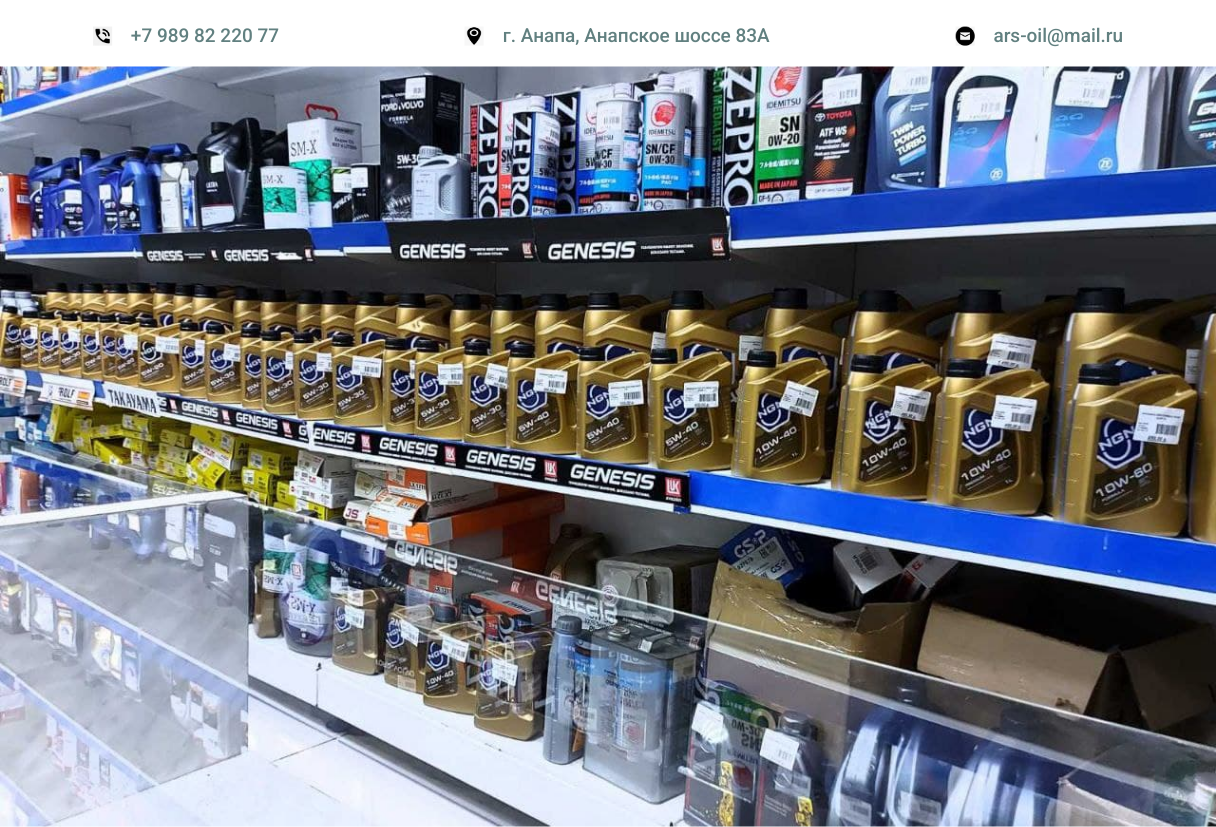
Repository: Vahe4836/new-project--Vahe
Page: /
An editor plug-in stored every save of this project. The page is shown before and after a run of saves, followed by the edit.
The browser window is 1280 px wide. The pictures show the whole page, at 95% of full size.
The project was rebuilt for these pictures with package versions that can differ from the ones it lists, and the page was loaded fresh each time.

Above is the page before, as saved 2022-02-25 15:08:17.

### public/index.html
<!DOCTYPE html>
<html lang="en">
  <head>
    <meta charset="utf-8" />
    <link rel="icon" href="%PUBLIC_URL%/favicon.ico" />
    <meta name="viewport" content="width=device-width, initial-scale=1" />
    <meta name="theme-color" content="#000000" />
    <meta
      name="description"
      content="Web site created using create-react-app"
    />
    <link rel="apple-touch-icon" href="%PUBLIC_URL%/logo192.png" />
    <!--
      manifest.json provides metadata used when your web app is installed on a
      user's mobile device or desktop. See https://developers.google.com/web/fundamentals/web-app-manifest/
    -->
    <link rel="manifest" href="%PUBLIC_URL%/manifest.json" />
    <!--
      Notice the use of %PUBLIC_URL% in the tags above.
      It will be replaced with the URL of the `public` folder during the build.
      Only files inside the `public` folder can be referenced from the HTML.

      Unlike "/favicon.ico" or "favicon.ico", "%PUBLIC_URL%/favicon.ico" will
      work correctly both with client-side routing and a non-root public URL.
      Learn how to configure a non-root public URL by running `npm run build`.
    -->
    <title>Золотая колесница</title>
  </head>
  <body>
    <noscript>You need to enable JavaScript to run this app.</noscript>
    <div id="root"></div>
    <!--
      This HTML file is a template.
      If you open it directly in the browser, you will see an empty page.

      You can add webfonts, meta tags, or analytics to this file.
      The build step will place the bundled scripts into the <body> tag.

      To begin the development, run `npm start` or `yarn start`.
      To create a production bundle, use `npm run build` or `yarn build`.
    -->
  </body>
</html>

### src/App.js
import React from 'react';
import './App.css';
import Header from './Layouts/Header/Header';

function App() {
  return (
    <Header />
  )

}

export default App;

### src/Layouts/Header/Header.jsx
import React from "react";
import style from "./Header.module.scss";
import geo from "../../Images/Geo.png";
import mail from "../../Images/mail.jpg";
import tel from "../../Images/Tel.png";
import logo from "../../Images/logo.png";

export default function Header() {
  return (
    <>
      <div className={style.adressbox}>
        <ul>
          <li>
            {" "}
            <img src={tel} width={20} height={20} alt="" />{" "}
            <p>+7 989 82 220 77</p>{" "}
          </li>
          <li>
            {" "}
            <img src={geo} width={20} height={20} alt="" />{" "}
            <p>г. Анапа, Анапское шоссе 83А</p>{" "}
          </li>
          <li>
            {" "}
            <img src={mail} width={20} height={20} alt="" />{" "}
            <p>ars-oil@mail.ru</p>{" "}
          </li>
        </ul>
      </div>
      <div className={style.Main}>

      </div>
    </>
  );
}

### src/Layouts/Header/Header.module.scss
@import url('https://fonts.googleapis.com/css2?family=Roboto:wght@400;500&display=swap');

$ffamily:  'Roboto', sans-serif;

*{
    font-family: $ffamily;
}
.Main{
    width: 100%;
    min-height: 800px;
    background-image: url("../../Images/background.jpg");
    background-position: center;
    background-repeat: no-repeat;
    background-size: cover;

}
.adressbox{
    width: 100%;
    height: 70px;


    >ul{
        display: flex;
        justify-content: space-around;
        padding-top: 25px;
        >li{
            list-style: none;
            display: flex;

            >img{
                margin-top: 3px;
            }

            >p{
                margin-left: 20px;
                color: rgb(97, 128, 128);
                font-size: 20px;
                font-weight: 500;

            }
        }
    }
}

.logo{
    display: flex;
    justify-content: center;
    opacity: 0.9 !important;
}

Loaded but not shown: src/index.js (common file); src/index.css (common file); src/reportWebVitals.js (common file); src/App.css (common file)

After the next 2 saves:
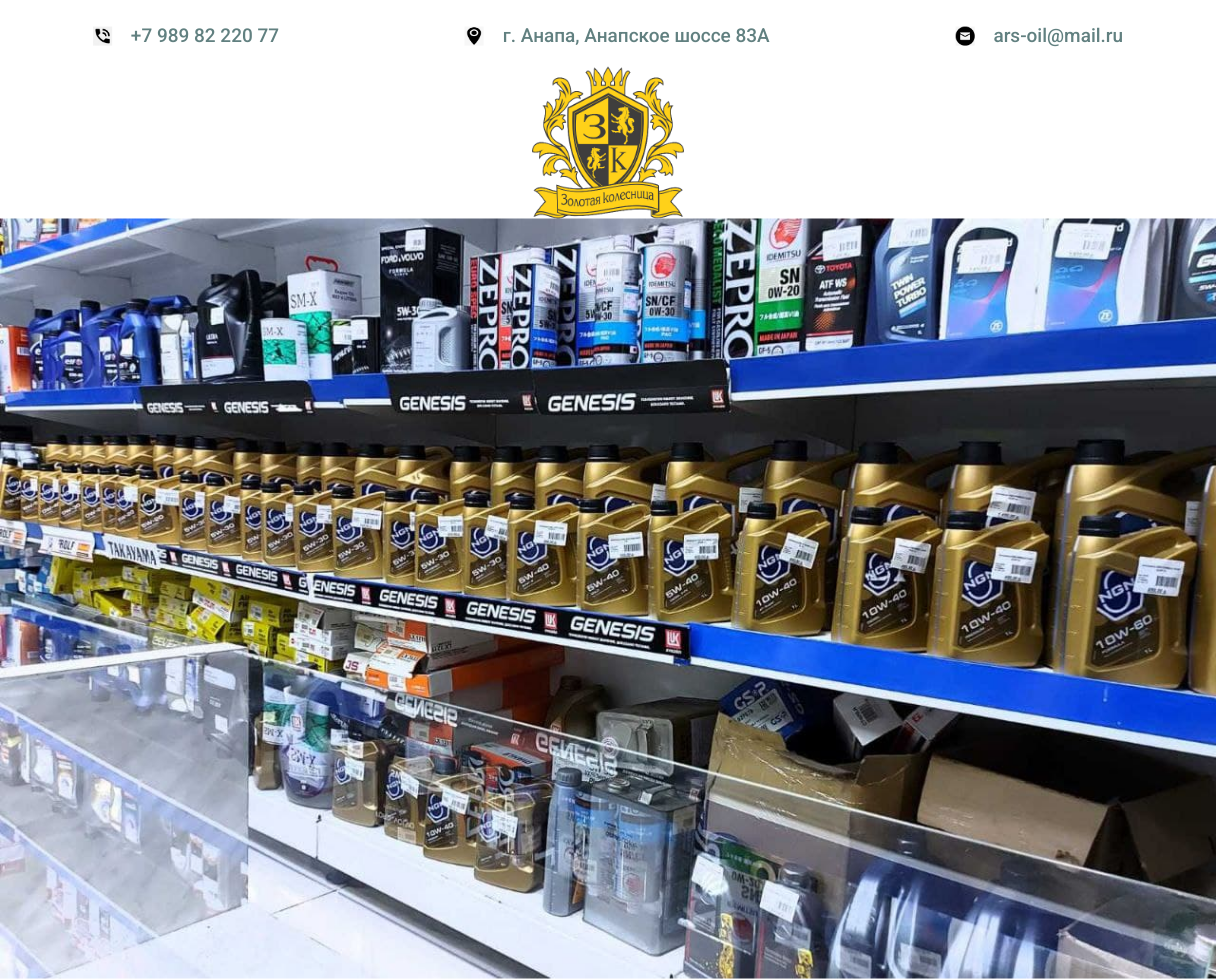
The 2 saves are shown as one change because they came seconds apart.
The last was saved 6 s later.
--- a/src/Layouts/Header/Header.jsx
+++ b/src/Layouts/Header/Header.jsx
@@ -27,6 +27,10 @@
           </li>
         </ul>
       </div>
+
+      <div className={style.logo}>
+          <img src={logo} width={160} height={160} alt="" />
+        </div>
       <div className={style.Main}>
 
       </div>
